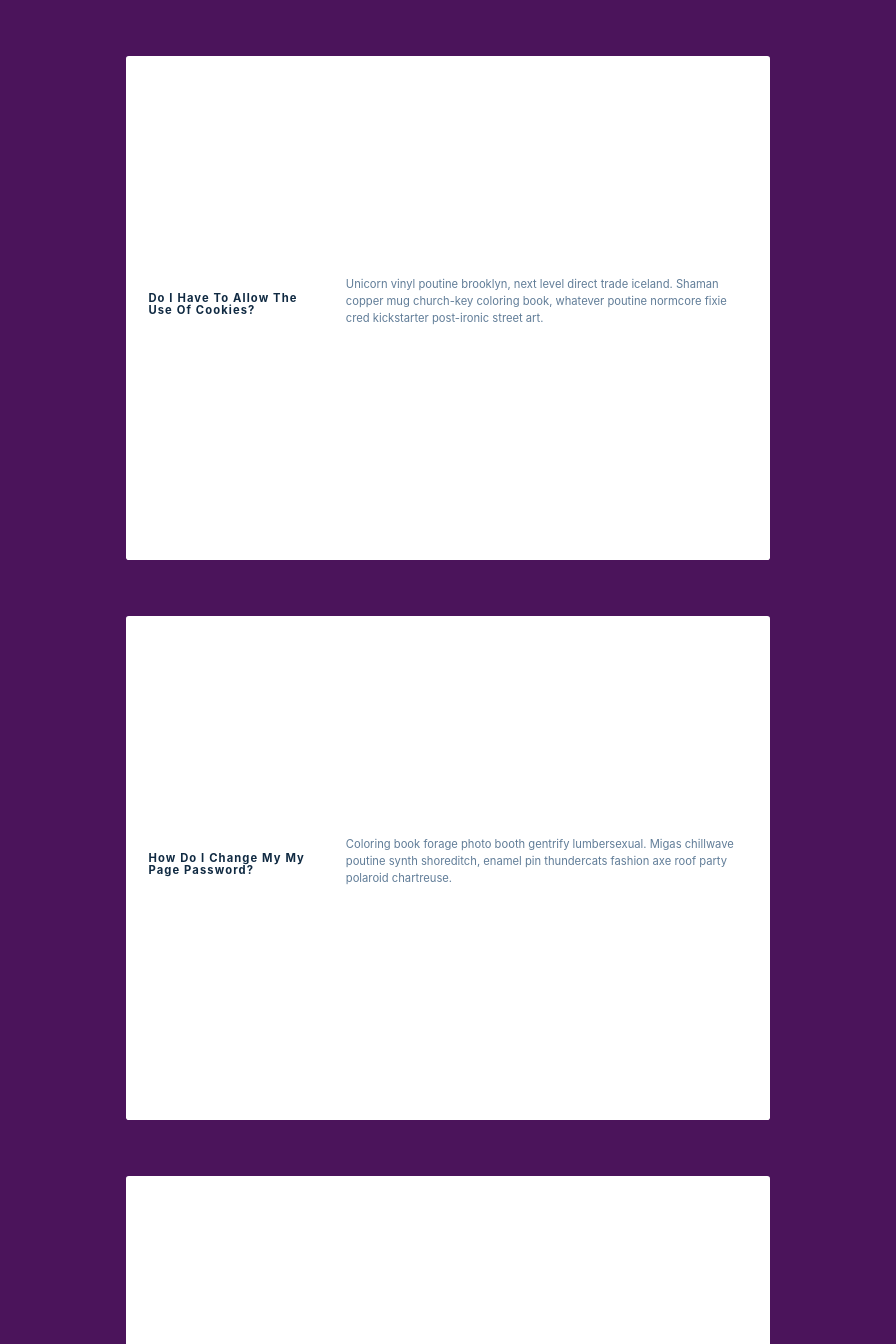
Repository: Reghanoid/Accordion
Page: /
The author's editor kept a copy of each file at every save. The page is drawn from the files as they stood at one save, then again after the next save.
The browser window is 1280 px wide. The pictures show the part of the page from y = 0 to 1920 px (the page is 4080 px tall before and 3600 px after), at 70% of full size.
The project was rebuilt for these pictures with package versions that can differ from the ones it lists, and the page was loaded fresh each time.

Above is the page before, as saved 2022-06-06 15:01:17.

After the next save:
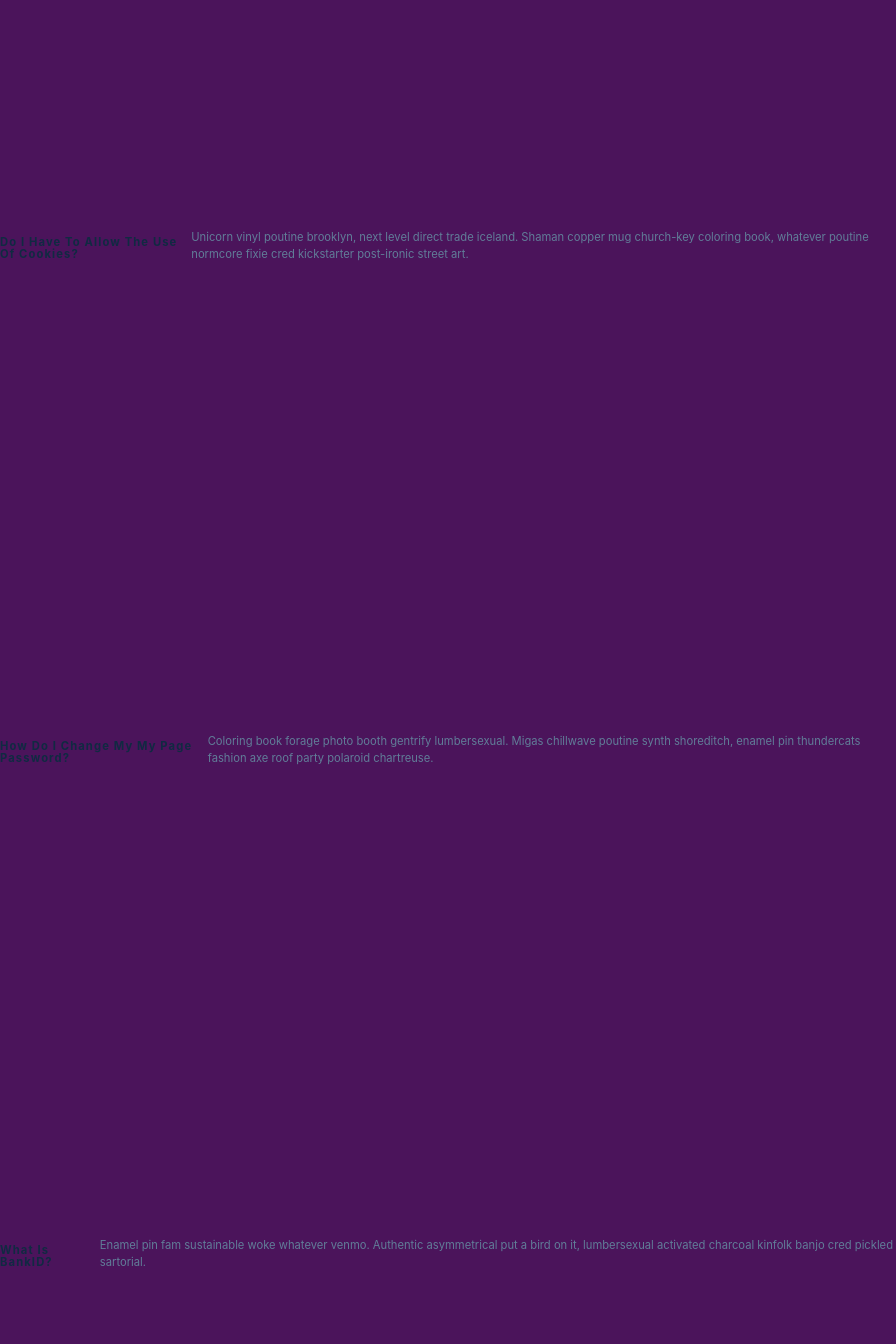
Saved 36 s later.
--- a/src/Question.js
+++ b/src/Question.js
@@ -2,7 +2,7 @@
 import { AiOutlineMinus, AiOutlinePlus } from 'react-icons/ai'
 const Question = (props) => {
   return (
-    <main className='container'>
+    <main c>
       <h4> {props.title} </h4>
       <p> {props.info} </p>
     </main>

After the save that followed:
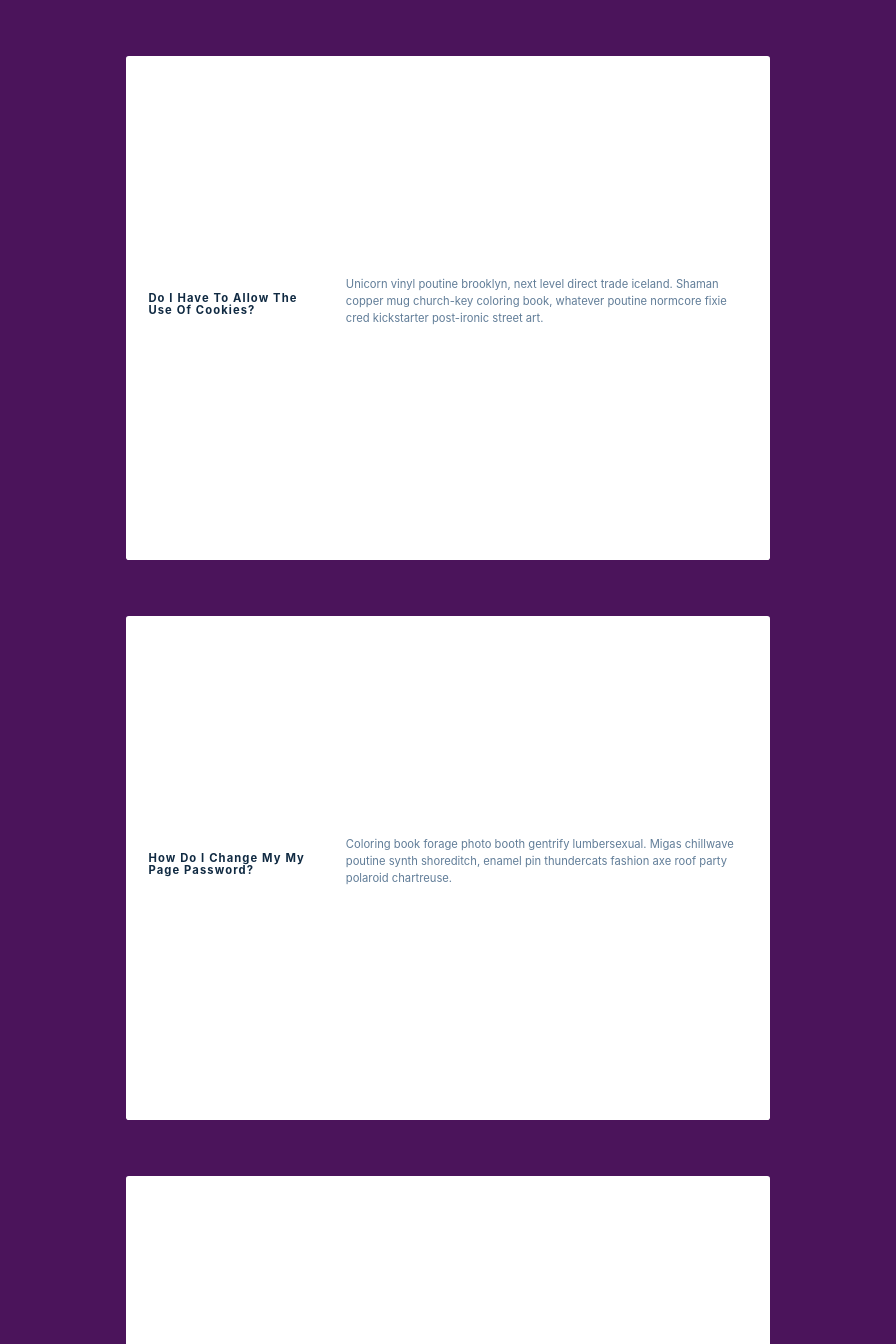
Saved 19 s later.
--- a/src/Question.js
+++ b/src/Question.js
@@ -2,7 +2,7 @@
 import { AiOutlineMinus, AiOutlinePlus } from 'react-icons/ai'
 const Question = (props) => {
   return (
-    <main c>
+    <main className='container'>
       <h4> {props.title} </h4>
       <p> {props.info} </p>
     </main>
